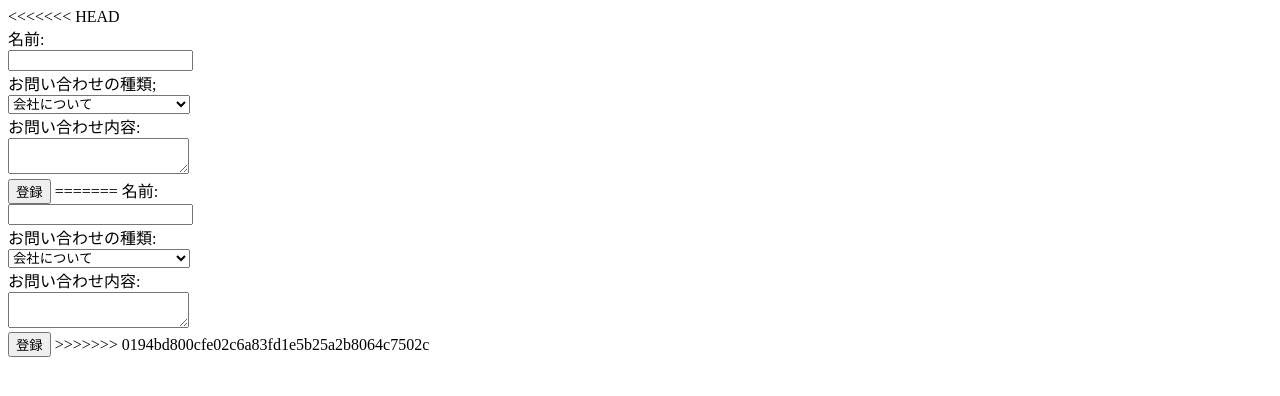
Repository: hmori696/test
Page: http://localhost/HelloServlet/inquiry.jsp
These files come from the project's save history. The page is drawn as it stood at one moment and after the next save; the edit follows.
The browser window is 1280 px wide. The pictures show the whole page.
The page is served by Tomcat 9. Other server files are loaded and not shown.

Above is the page before, as saved 2019-09-18 11:04:36.

### HelloServlet/WebContent/inquiry.jsp
<%@ page language="java" contentType="text/html; charset=UTF-8"
    pageEncoding="UTF-8"%>
<!DOCTYPE html>
<html>
<head>
<<<<<<< HEAD
<meta charset=UTF-8>
<title>お問い合わせフォーム</title>
</head>
<body>
   <form method="post"action="InquiryServlet">
         名前:<br><input type="text"name="name"><br>
         お問い合わせの種類;<br><select name="qtype">
              <option value="company">会社について</option>
              <option value="product">製品について</option>
              <option value="support">アフターサポートについて</option>
         </select><br>お問い合わせ内容:<br>
         <textarea name="body">

        </textarea>
               <br><input type="submit"value="登録">
=======
<meta charset="UTF-8">
<title>お問い合わせフォーム</title>
</head>
<body>
    <form method="post"action="InquiryServlet">
       名前:<br> <input type="text"name="name"><br>
       お問い合わせの種類:<br> <select name="qtype">
            <option value="company">会社について</option>
            <option value="product">製品について</option>
            <option value="support">アフターサポートについて</option>

     </select> <br> お問い合わせ内容:<br>
     <textarea name="body">

    </textarea>

        <br> <input type="submit"value="登録">
>>>>>>> 0194bd800cfe02c6a83fd1e5b25a2b8064c7502c

    </form>




</body>
</html>

After the next save:
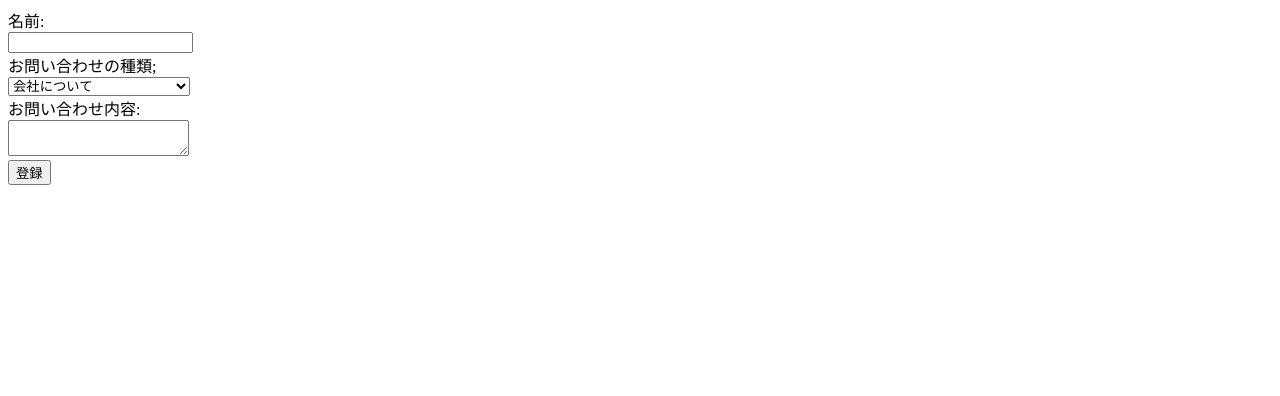
Saved 117 s later.
--- a/HelloServlet/WebContent/inquiry.jsp
+++ b/HelloServlet/WebContent/inquiry.jsp
@@ -3,7 +3,7 @@
 <!DOCTYPE html>
 <html>
 <head>
-<<<<<<< HEAD
+
 <meta charset=UTF-8>
 <title>お問い合わせフォーム</title>
 </head>
@@ -19,27 +19,8 @@
 
         </textarea>
                <br><input type="submit"value="登録">
-=======
-<meta charset="UTF-8">
-<title>お問い合わせフォーム</title>
-</head>
-<body>
-    <form method="post"action="InquiryServlet">
-       名前:<br> <input type="text"name="name"><br>
-       お問い合わせの種類:<br> <select name="qtype">
-            <option value="company">会社について</option>
-            <option value="product">製品について</option>
-            <option value="support">アフターサポートについて</option>
 
-     </select> <br> お問い合わせ内容:<br>
-     <textarea name="body">
 
-    </textarea>
-
-        <br> <input type="submit"value="登録">
->>>>>>> 0194bd800cfe02c6a83fd1e5b25a2b8064c7502c
-
-    </form>
 
 
 
